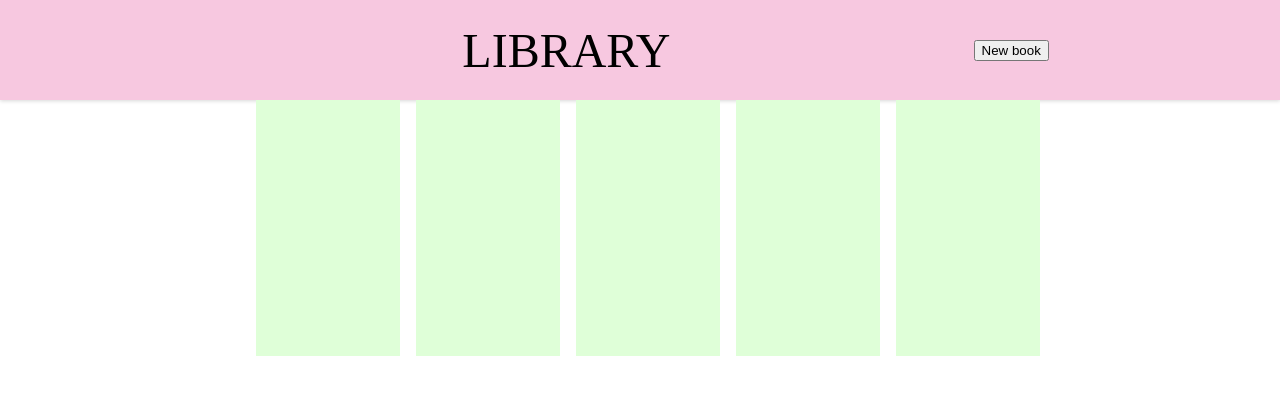
Repository: yeetzpxoci/library
Page: index.html
These files come from the project's save history. The page is drawn as it stood at one moment and after a run of saves; the edit follows.
The browser window is 1280 px wide. The pictures show the whole page.
Some web fonts or font styles are not loaded; a fallback is used.

Above is the page before, as saved 2023-02-21 15:00:12.

After the next 2 saves:
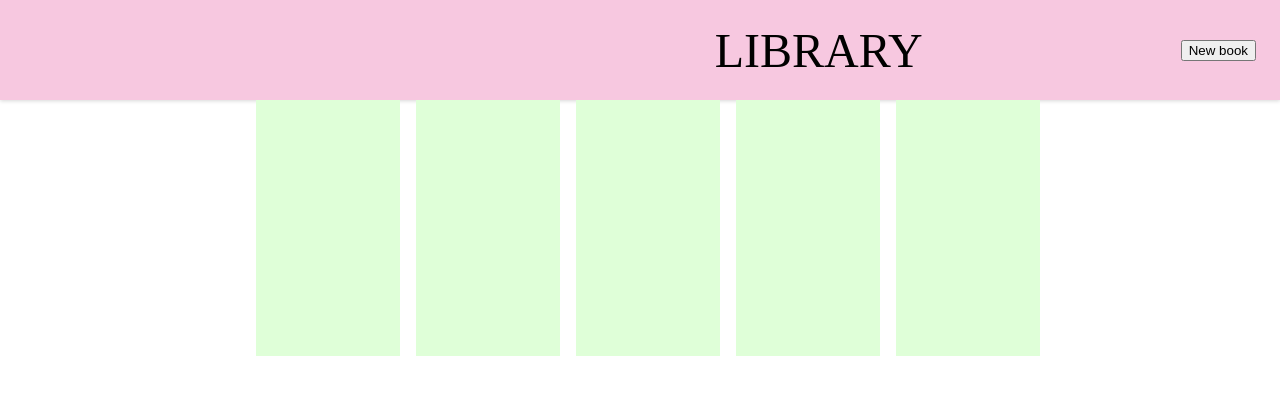
The 2 saves are shown as one change because they came seconds apart.
The last was saved 13 s later.
--- a/styles.css
+++ b/styles.css
@@ -24,7 +24,8 @@ body {
 }
 
 #addBook {
-    margin-left: 72px;
+    position: absolute;
+    right: 24px;
 }
 
 #cards {
